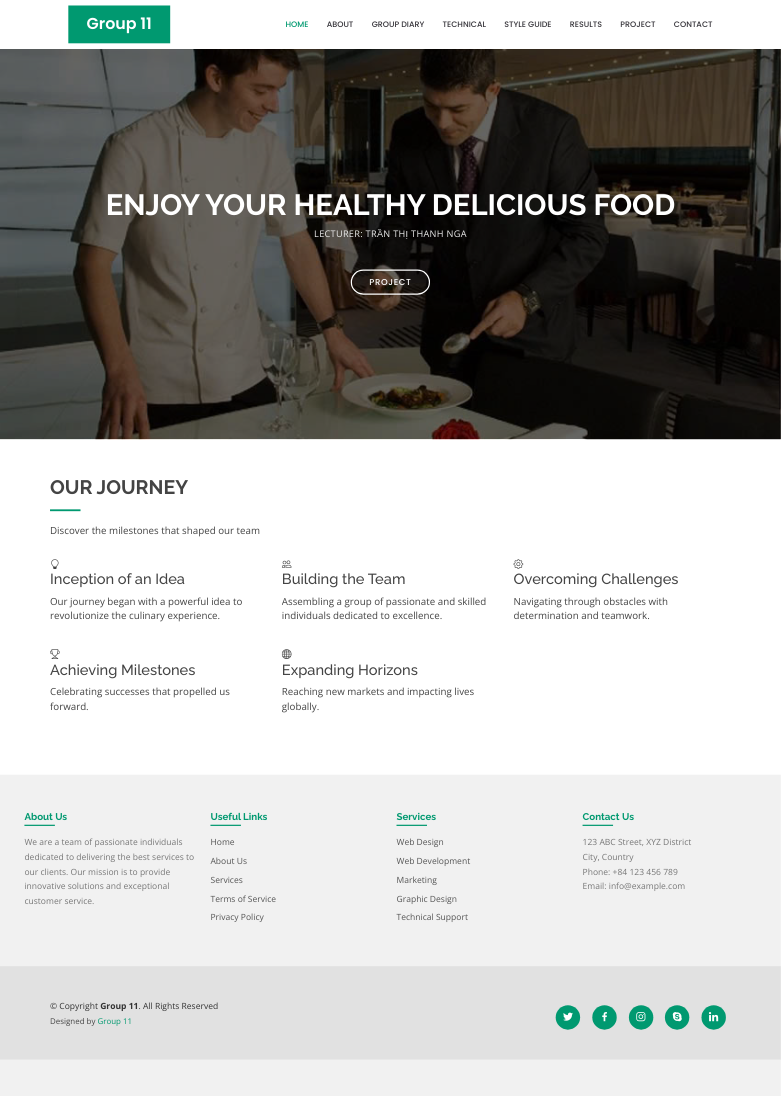
Repository: HoangKhangKhuPho4/Group_Web
Page: index.html
These files come from the project's save history. The page is drawn as it stood at one moment and after the next save; the edit follows.
The browser window is 1280 px wide. The pictures show the whole page, at 61% of full size.
Backgrounds fixed to the window are drawn as part of the page.

Above is the page before, as saved 2024-10-19 23:57:43.

After the next save:
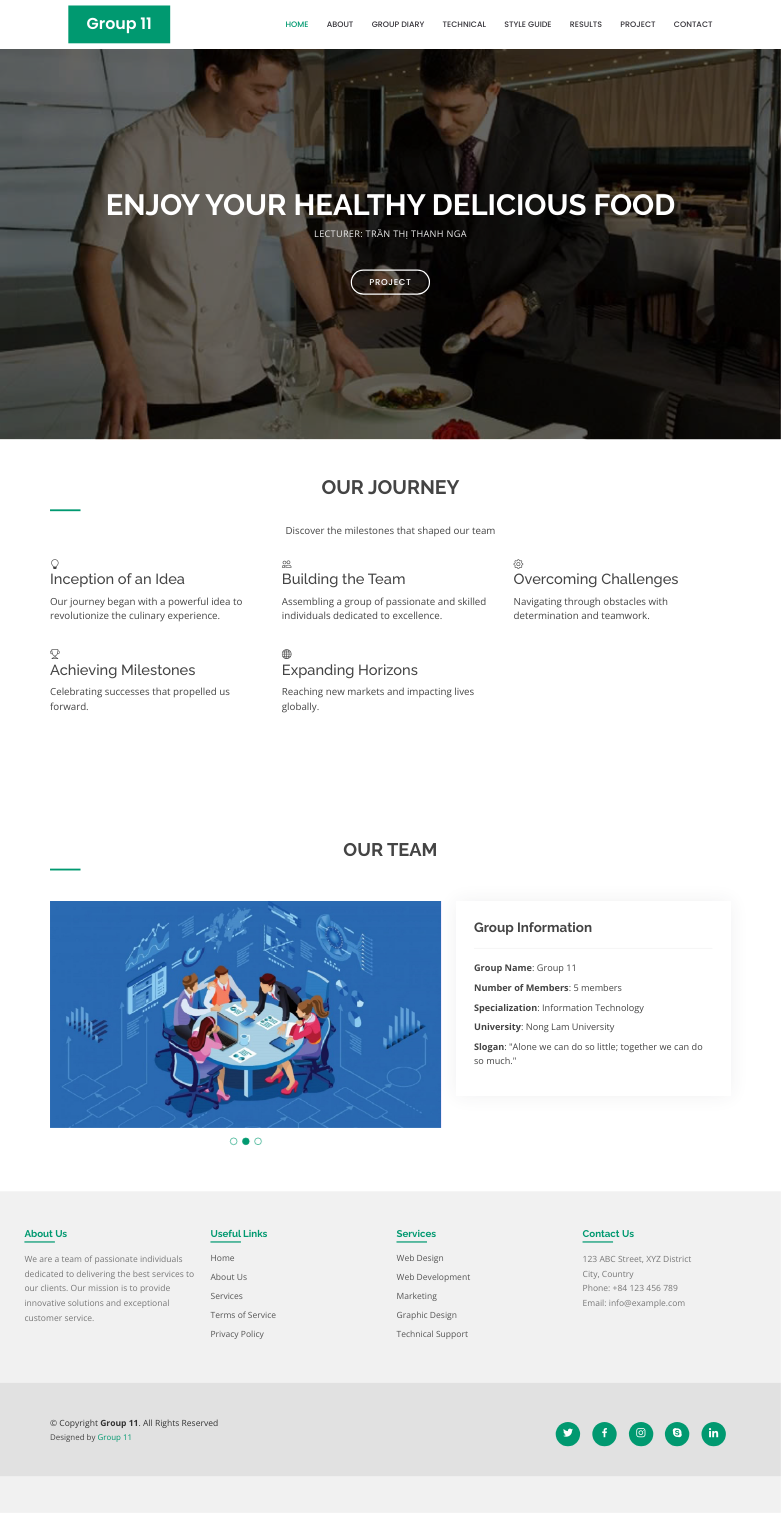
Saved 85 s later.
--- a/index.html
+++ b/index.html
@@ -79,7 +79,7 @@
     <!-- ======= Our Journey Section ======= -->
     <section id="our-team-story" class="our-team-story">
       <div class="container" data-aos="fade-up">
-        <div class="section-title">
+        <div class="section-title text-center">
           <h2>Our Journey</h2>
           <p>Discover the milestones that shaped our team</p>
         </div>
@@ -95,7 +95,8 @@
                     <i class="bi bi-lightbulb"></i>
                   </div>
                   <h4 class="title">Inception of an Idea</h4>
-                  <p class="description">Our journey began with a powerful idea to revolutionize the culinary experience.</p>
+                  <p class="description">Our journey began with a powerful idea to revolutionize the culinary
+                    experience.</p>
                 </div>
               </div>
             </div>
@@ -108,7 +109,8 @@
                     <i class="bi bi-people"></i>
                   </div>
                   <h4 class="title">Building the Team</h4>
-                  <p class="description">Assembling a group of passionate and skilled individuals dedicated to excellence.</p>
+                  <p class="description">Assembling a group of passionate and skilled individuals dedicated to
+                    excellence.</p>
                 </div>
               </div>
             </div>
@@ -158,14 +160,63 @@
     </section>
     <!-- End Our Journey Section -->
 
-    <!-- ... (giữ nguyên các phần khác nếu cần) ... -->
+    <!-- ======= Our Team Section ======= -->
+    <section id="portfolio-details" class="portfolio-details" style="margin-top: 4%;">
+      <div class="container">
+
+        <div class="section-title text-center">
+          <h2 style="font-size:30px; padding: 15px 30px;"><b>OUR TEAM</b></h2>
+        </div>
+
+        <div class="row gy-4">
+
+          <div class="col-lg-7">
+            <div class="portfolio-details-slider swiper">
+              <div class="swiper-wrapper align-items-center">
+
+                <div class="swiper-slide">
+                  <img src="assets/img/portfolio/portfolio-details-1.jpg" alt="">
+                </div>
+
+                <div class="swiper-slide">
+                  <img src="assets/img/portfolio/portfolio-details-2.jpg" alt="">
+                </div>
+
+                <div class="swiper-slide">
+                  <img src="assets/img/portfolio/portfolio-details-3.jpg" alt="">
+                </div>
+
+              </div>
+              <div class="swiper-pagination"></div>
+            </div>
+          </div>
+
+          <div class="col-lg-5">
+            <div class="portfolio-info">
+              <h3>Group Information</h3>
+              <ul>
+                <li><strong>Group Name</strong>: Group 11</li>
+                <li><strong>Number of Members</strong>: 5 members</li>
+                <li><strong>Specialization</strong>: Information Technology</li>
+                <li><strong>University</strong>: Nong Lam University</li>
+                <li><strong>Slogan</strong>: "Alone we can do so little; together we can do so much."</li>
+              </ul>
+            </div>
+
+          </div>
+
+        </div>
+
+      </div>
+    </section>
+    <!-- End Our Team Section -->
 
   </main>
   <!-- End #main -->
 
   <!-- ======= Footer ======= -->
-  <!-- ... (giữ nguyên phần Footer) ... -->
   <footer id="footer">
+    <!-- ... (giữ nguyên nội dung footer) ... -->
     <div class="footer-container">
       <div class="footer-column">
         <h4>About Us</h4>
